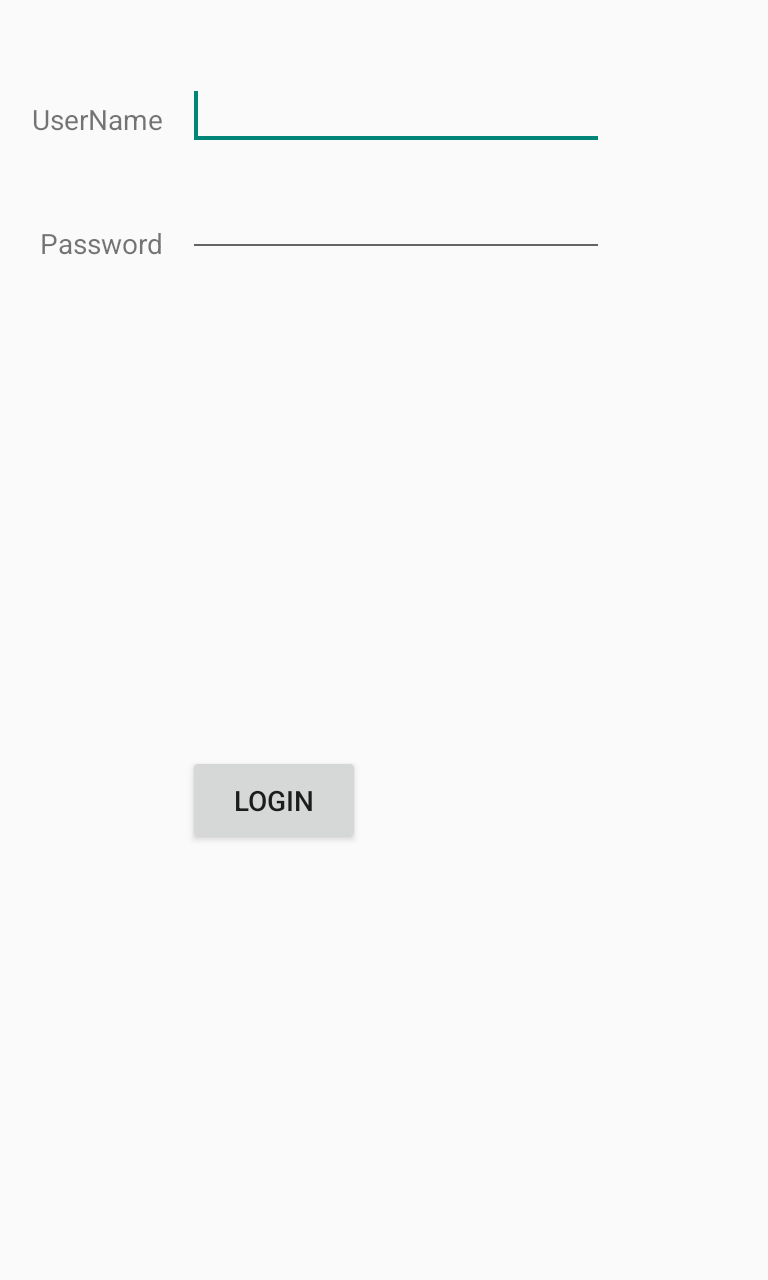
Repository: vipinvkamara/layouts
Layout: indent/res/layout/activity_login.xml
The author's editor kept a copy of each file at every save. The layout is drawn from the files as they stood at one save, then again after the next save.
It is drawn on a 768 x 1280 px phone screen (xhdpi) without system bars, with theme AppTheme; the app's code is not run.

Above is the layout before, as saved 2014-12-16 18:48:22.

After the next save:
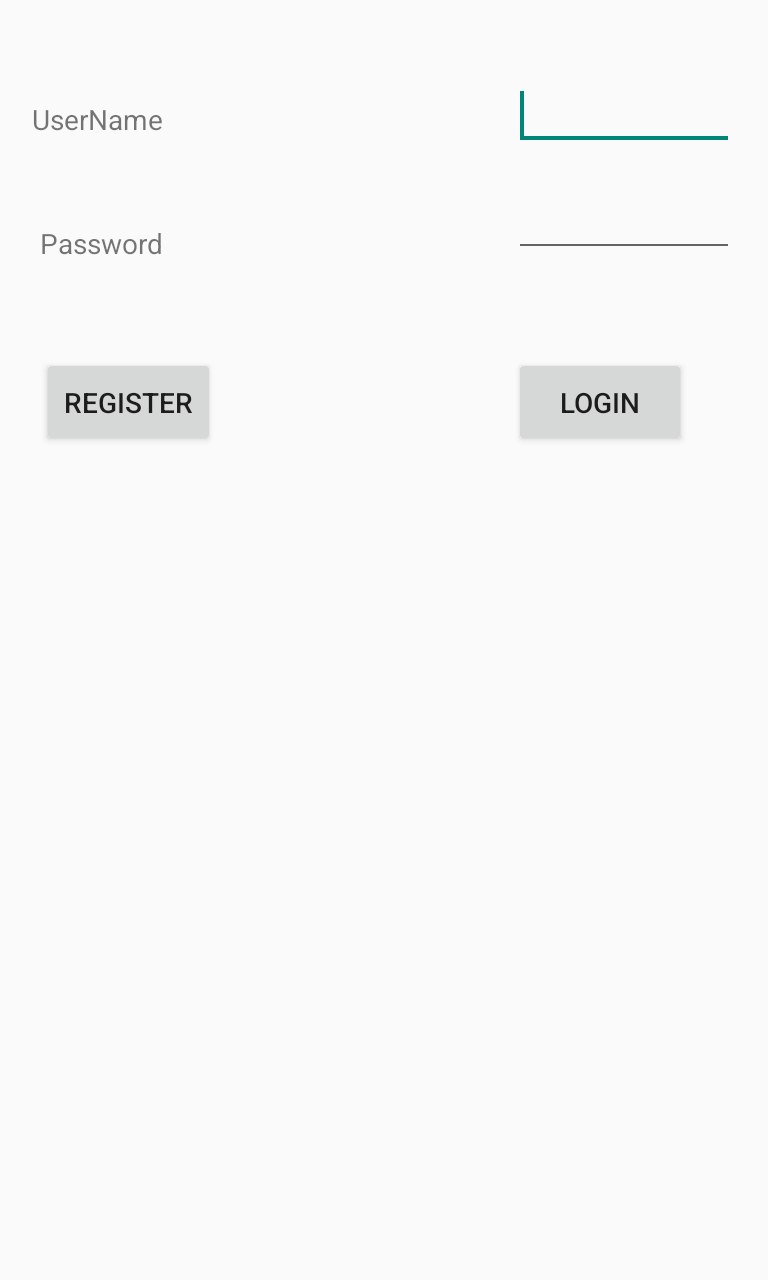
Saved 47 s later.
--- a/indent/res/layout/activity_login.xml
+++ b/indent/res/layout/activity_login.xml
@@ -7,17 +7,6 @@
     android:paddingRight="@dimen/activity_horizontal_margin"
     android:paddingTop="@dimen/activity_vertical_margin"
     tools:context="com.example.indent.LoginActivity" >
-
-    <Button
-        android:id="@+id/button1"
-        android:layout_width="wrap_content"
-        android:layout_height="wrap_content"
-        android:layout_alignParentBottom="true"
-        android:layout_alignParentLeft="true"
-        android:layout_marginBottom="200dp"
-        android:layout_marginLeft="77dp"
-        android:onClick="loginButtonClicked"
-        android:text="LogIn" />
 
     <TextView
         android:id="@+id/textView1"
@@ -58,4 +47,25 @@
         android:ems="10"
         android:inputType="textPassword" />
 
+    <Button
+        android:id="@+id/button1"
+        android:layout_width="wrap_content"
+        android:layout_height="wrap_content"
+        android:layout_alignParentRight="true"
+        android:layout_below="@+id/editText2"
+        android:layout_marginRight="24dp"
+        android:layout_marginTop="46dp"
+        android:onClick="loginButtonClicked"
+        android:text="LogIn" />
+
+    <Button
+        android:id="@+id/button2"
+        android:layout_width="wrap_content"
+        android:layout_height="wrap_content"
+        android:layout_alignBaseline="@+id/button1"
+        android:layout_alignBottom="@+id/button1"
+        android:layout_alignLeft="@+id/textView2"
+        android:onClick="regButtonClicked"
+        android:text="Register" />
+
 </RelativeLayout>
